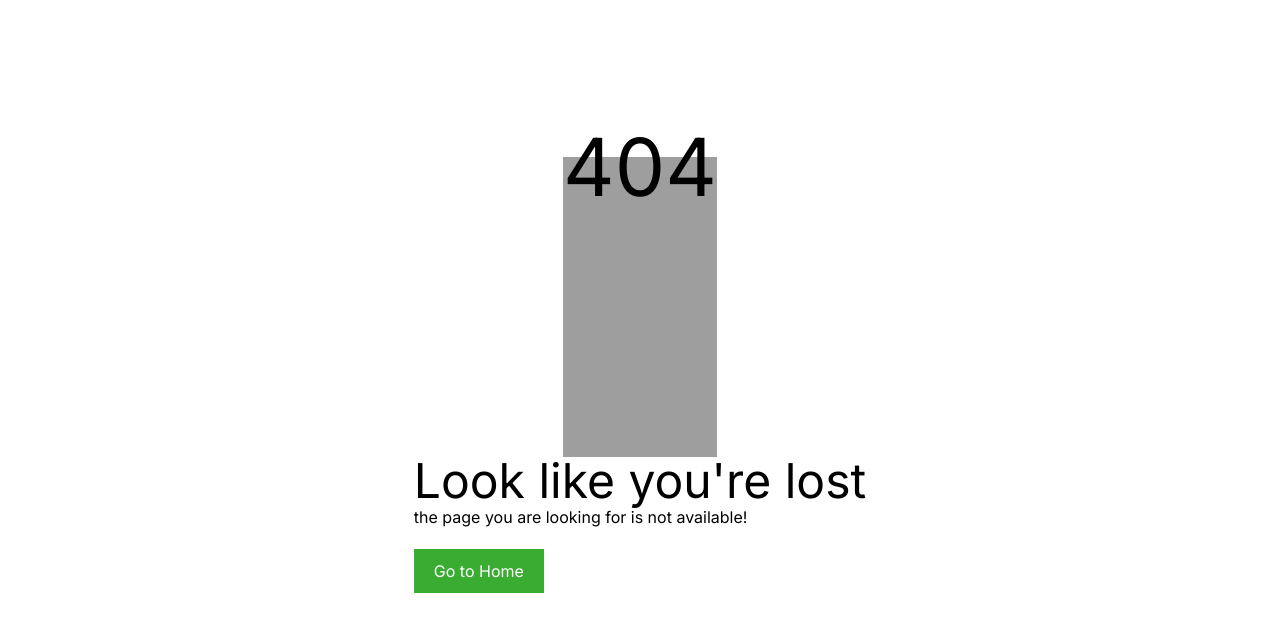
Repository: LuizAGDomingues/404-page
Page: /
The author's editor kept a copy of each file at every save. The page is drawn from the files as they stood at one save, then again after the next save.
The browser window is 1280 px wide. The pictures show the whole page.
Pictures or frames that could not be fetched are drawn as grey boxes. The project was rebuilt for these pictures with package versions that can differ from the ones it lists, and the page was loaded fresh each time. The framework's server and built-in components were replaced by stand-ins that run in the browser. Also part of the build but not shown: next.config.js.

Above is the page before, as saved 2023-06-13 16:02:03.

### src/app/layout.tsx
import './globals.css'
import { Inter } from 'next/font/google'

const inter = Inter({ subsets: ['latin'] })

export const metadata = {
  title: '404 Not Found',
  description: 'This page isnt avaible',
}

export default function RootLayout({
  children,
}: {
  children: React.ReactNode
}) {
  return (
    <html lang="pt-BR">
      <body className={inter.className}>{children}</body>
    </html>
  )
}

### src/app/page.tsx
export default function Home() {
  return (
    <main className="w-full h-screen">
      <div className="flex flex-col items-center justify-center w-full h-screen">
        <div className="four_zero_four_bg">
          <h1 className="text-center">404</h1>
        </div>
        <div className="contant_box_404">
          <h3 className="text-5xl">Look like you're lost</h3>
          <p>the page you are looking for is not available!</p>
          <a href="/" className="link_404">
            Go to Home
          </a>
        </div>
      </div>
    </main>
  )
}

### src/app/globals.css
@import 'tailwindcss/base';
@import 'tailwindcss/components';
@import 'tailwindcss/utilities';

.four_zero_four_bg {
  background-image: url(https://cdn.dribbble.com/users/285475/screenshots/2083086/dribbble_1.gif);
  height: 400px;
  background-position: center;
  background-repeat: no-repeat;
}

.four_zero_four_bg h1 {
  font-size: 80px;
}

.four_zero_four_bg h3 {
  font-size: 80px;
}

.link_404 {
  color: #fff !important;
  padding: 10px 20px;
  background: #39ac31;
  margin: 20px 0;
  display: inline-block;
}

.contant_box_404 {
  margin-top: -50px;
}

Loaded but not shown: tailwind.config.js (common file)

After the next save:
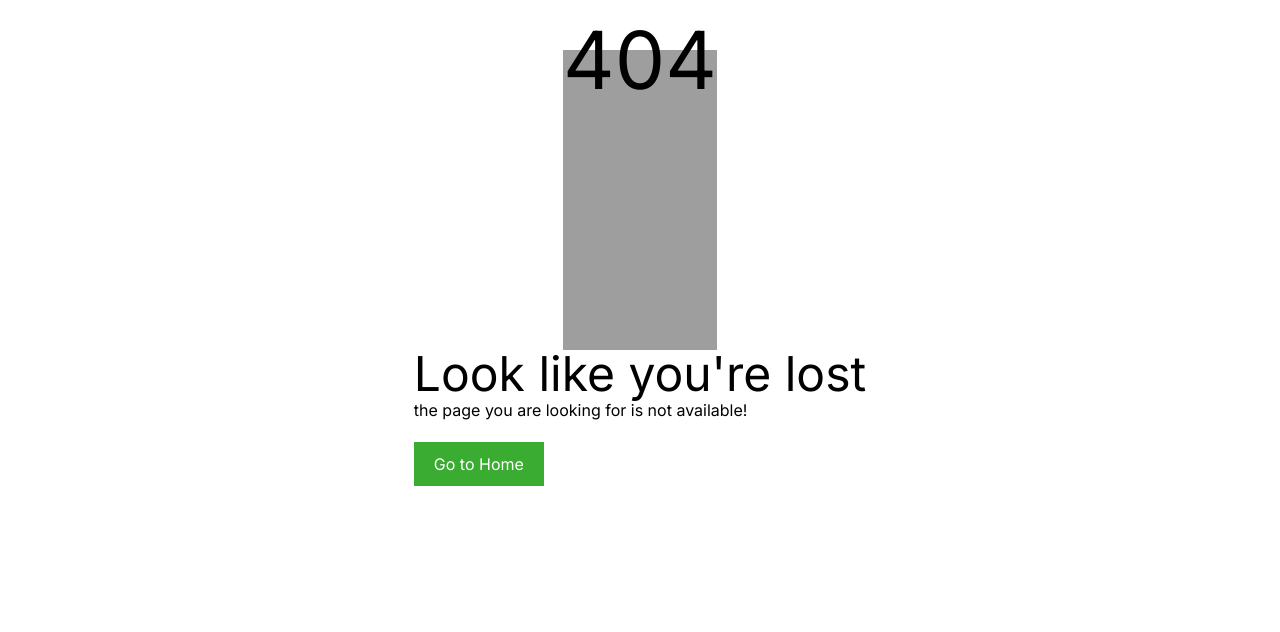
Saved 5 s later.
--- a/src/app/page.tsx
+++ b/src/app/page.tsx
@@ -1,7 +1,7 @@
 export default function Home() {
   return (
     <main className="w-full h-screen">
-      <div className="flex flex-col items-center justify-center w-full h-screen">
+      <div className="flex flex-col items-center justify-center">
         <div className="four_zero_four_bg">
           <h1 className="text-center">404</h1>
         </div>

After the save that followed:
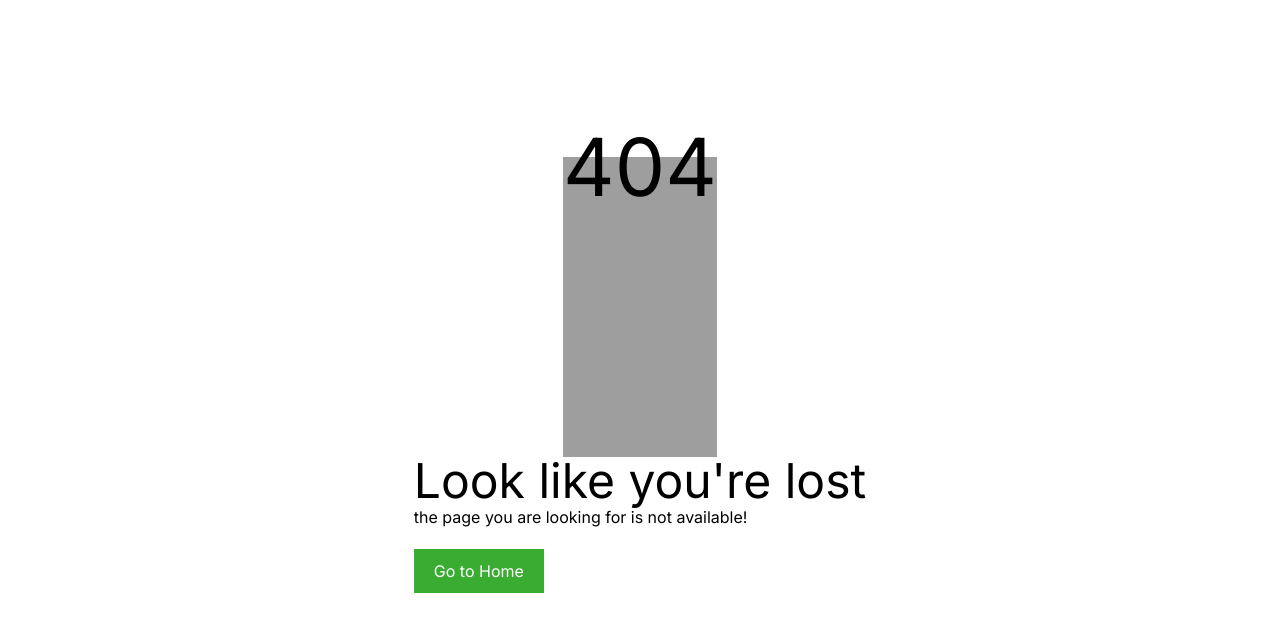
Saved 48 s later.
--- a/src/app/page.tsx
+++ b/src/app/page.tsx
@@ -1,7 +1,7 @@
 export default function Home() {
   return (
     <main className="w-full h-screen">
-      <div className="flex flex-col items-center justify-center">
+      <div className="flex flex-col items-center justify-center w-full h-screen">
         <div className="four_zero_four_bg">
           <h1 className="text-center">404</h1>
         </div>
